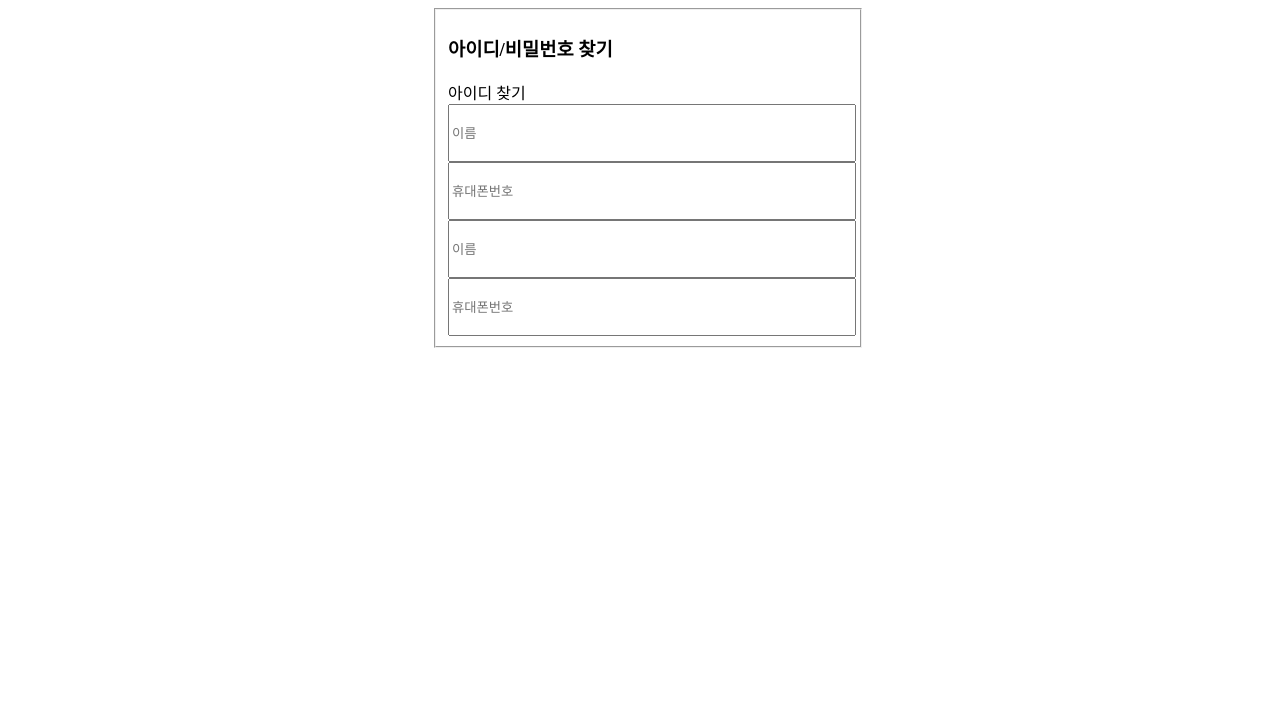
Repository: agheha/trillion
Page: YH/study_project/html/find.html
An editor plug-in stored every save of this project. The page is shown before and after a run of saves, followed by the edit.
The browser window is 1280 px wide. The page is 1288 px wide, so the pictures cover 1288 px, including what lies to the right of the window. The pictures show the whole page.

Above is the page before, as saved 2019-09-04 19:48:52.

After the next 2 saves:
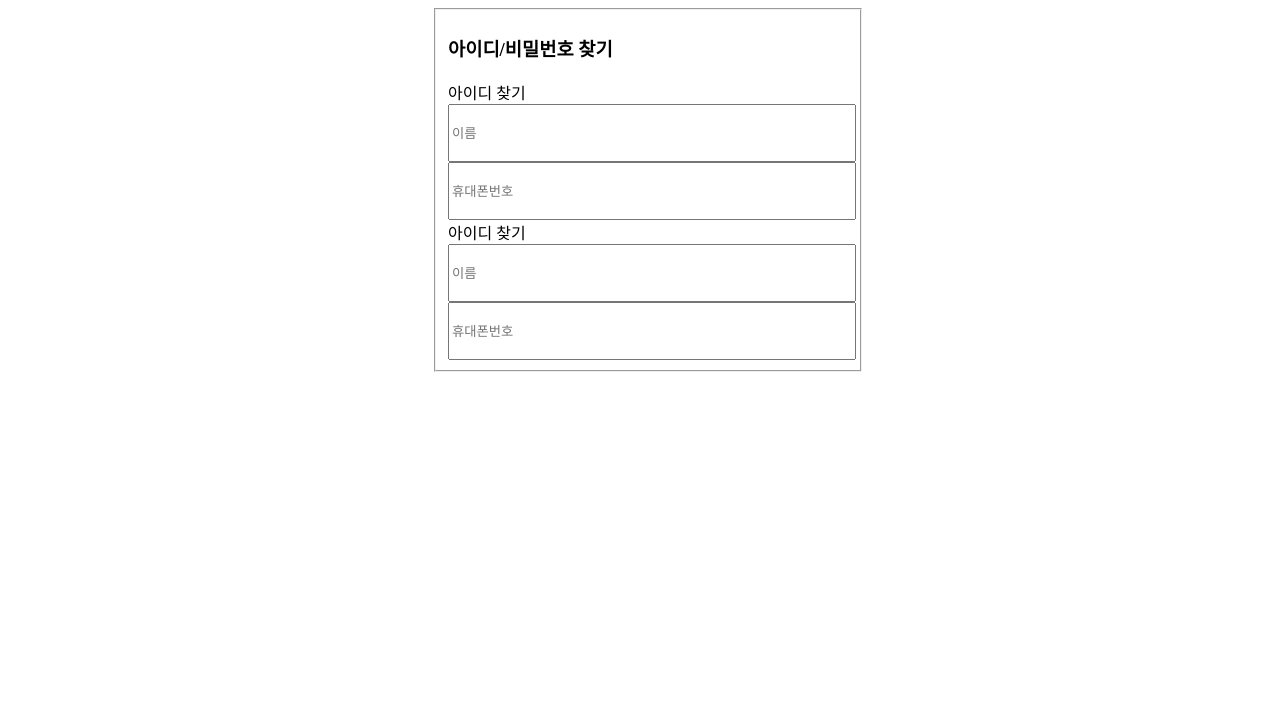
The 2 saves are shown as one change because they came seconds apart.
The last was saved 10 s later.
--- a/YH/study_project/html/find.html
+++ b/YH/study_project/html/find.html
@@ -21,6 +21,7 @@
                                 <input class="form_find"type="text" id="pass" placeholder="휴대폰번호">
                             </div>
                         </div>
+                    <div class="find">아이디 찾기</div>
                         <div class="inputbox">
                             <div>
                                 <input class="form_find"type="text" id="name" placeholder="이름">
